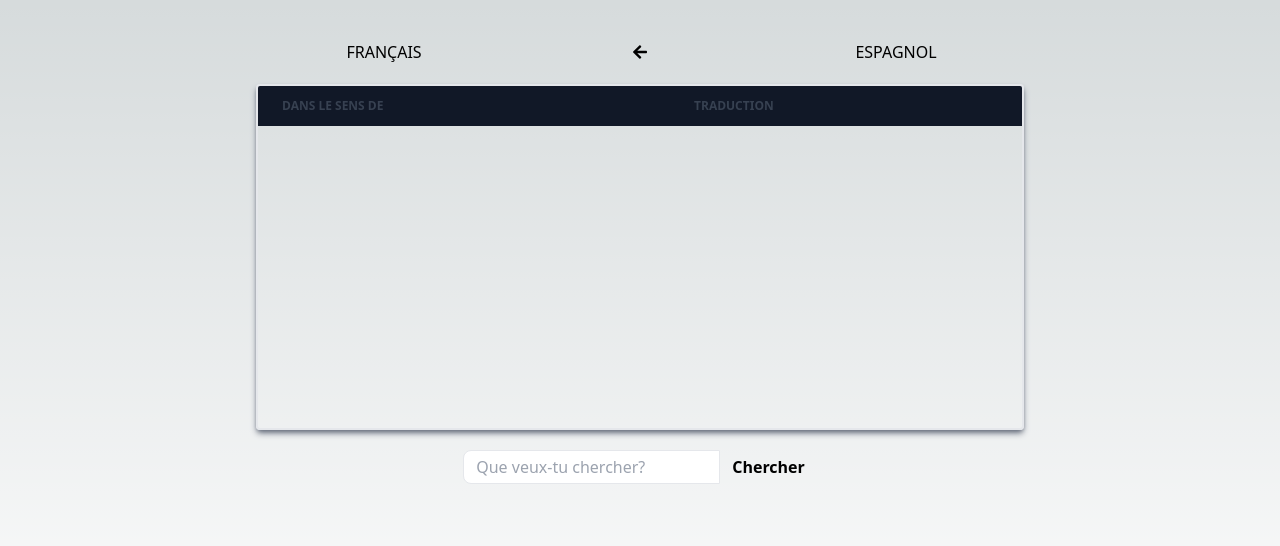
Repository: All-Khwarizmi/Dico
Page: /
An editor plug-in stored every save of this project. The page is shown before and after the next save, followed by the edit.
The browser window is 1280 px wide. The pictures show the whole page.
The project was rebuilt for these pictures with package versions that can differ from the ones it lists, and the page was loaded fresh each time. The framework's server and built-in components were replaced by stand-ins that run in the browser. Also part of the build but not shown: next.config.js, vite.config.ts.

Above is the page before, as saved 2023-02-17 18:39:55.

### src/app/page.tsx
'use client';
import Image from 'next/image';
import { Inter } from '@next/font/google';
import { FaArrowLeft } from 'react-icons/fa';
import { BsArrowRight } from 'react-icons/bs';
import { FaArrowRight } from 'react-icons/fa';
import EspModal from '@/components/EspModal';
import DicoModal from '@/components/DicoModal';

const inter = Inter({ subsets: ['latin'] });
import parse from 'html-react-parser';
import { useState } from 'react';
import Link from 'next/link';

type Trad = {
  source: string;
  target: string;
};
type Translations = Array<Trad>;
interface TranslationsFetch {
  translations: Array<Trad>;
}
export default function Home() {
  const [word, setWord] = useState<string>('');
  const [isFr, setIsFR] = useState<Boolean>(false);
  const [translations, setTranslations] = useState<Translations>([]);

  const submitWord = (e: React.FormEvent<HTMLFormElement>) => {
    e.preventDefault();
    let check = word.split(' ').length;
    console.log('Submitting', check);
    if (check > 1) {
      return window.alert('1 mot à la fois');
    }
    if (isFr) return fetchDico(word).catch((err) => console.log(err));
    fetchDicoEsp(word).catch((err) => console.log(err));
  };

  const inputWord = (e: React.ChangeEvent<HTMLInputElement>) => {
    return setWord(e.target.value);
  };

  const fetchDico = async (word: string): Promise<void> => {
    console.log('Fetching..');
    const url = 'https://dico-ochre.vercel.app/api/dico';
    const options: RequestInit = {
      method: 'POST',
      headers: {
        'Content-Type': 'text/plain;charset=UTF-8',
      },
      body: JSON.stringify(word),
    };
    const res = await fetch(url, options);
    // eslint-disable-next-line @typescript-eslint/no-unsafe-assignment
    const data = await res.json();
    console.log('Data: ', data);
    // eslint-disable-next-line @typescript-eslint/no-unsafe-assignment
    const { translations }: TranslationsFetch = data;
    setTranslations(translations);
    setWord('');
  };
  const fetchDicoEsp = async (word: string): Promise<void> => {
    console.log('Fetching..');
    const url = 'https://dico-ochre.vercel.app/api/esp';
    const options: RequestInit = {
      method: 'POST',
      headers: {
        'Content-Type': 'text/plain;charset=UTF-8',
      },
      body: JSON.stringify(word),
    };
    const res = await fetch(url, options);
    // eslint-disable-next-line @typescript-eslint/no-unsafe-assignment
    const data = await res.json();
    console.log('Data: ', data);
    // eslint-disable-next-line @typescript-eslint/no-unsafe-assignment
    const { translations }: TranslationsFetch = data;
    setTranslations(translations);
    setWord('');
  };
  return (
    <main className='h-screen w-screen'>
      <div className='grid place-items-center pt-5 '>
        {isFr ? (
          <div className='grid w-[60%] grid-cols-3  place-items-center  '>
            <button onClick={() => setIsFR(!isFr)}>
              <h1 className='py-5 text-center uppercase text-1xl'>Français</h1>
            </button>
            <button onClick={() => setIsFR(!isFr)}>
              <FaArrowRight />
            </button>
            <button onClick={() => setIsFR(!isFr)}>
              <h1 className='py-5 text-center uppercase text-1xl'>Espagnol</h1>
            </button>
          </div>
        ) : (
          <div className='grid w-[60%] grid-cols-3  place-items-center  '>
            <button onClick={() => setIsFR(!isFr)}>
              <h1 className='py-5 text-center uppercase text-1xl'>Français</h1>
            </button>
            <button onClick={() => setIsFR(!isFr)}>
              <FaArrowLeft />
            </button>
            <button onClick={() => setIsFR(!isFr)}>
              <h1 className='py-5 text-center uppercase text-1xl'>Espagnol</h1>
            </button>
          </div>
        )}
      </div>
      <div className='flex h-[80%] flex-col  items-center gap-5'>
        <div className=' h-[60%] max-h-[80%] w-[60%] overflow-scroll rounded border-2 border-solid dark:border-gray-600 shadow-md shadow-gray-500 '>
          <div className='text-black '>
            <div className=''>
              <table className='  relative w-full text-left text-sm text-gray-500 dark:text-gray-400'>
                <thead className='  sticky top-0 bg-gray-900 text-xs uppercase text-gray-700 '>
                  <tr>
                    <th scope='col' className='px-6 dark:text-white py-3 '>
                      Dans le sens de
                    </th>
                    <th scope='col' className='px-6 dark:text-white py-3 '>
                      Traduction
                    </th>
                  </tr>
                </thead>
                <tbody className='bg-gray-800'>
                  {translations?.map((trad: Trad, index) => {
                    return (
                      <tr
                        className='border-b bg-white dark:border-gray-700 dark:bg-gray-800'
                        key={index}
                      >
                        <td className='px-6 py-4'> {parse(trad?.source)}</td>
                        <th
                          scope='row'
                          className='whitespace-nowrap px-6 py-4 font-medium text-gray-900 dark:text-white'
                        >
                          {parse(trad?.target)}
                        </th>
                      </tr>
                    );
                  })}
                </tbody>
              </table>
            </div>
          </div>
        </div>
        <form className='text-black' onSubmit={(e) => submitWord(e)}>
          <input
            onChange={(event) => inputWord(event)}
            value={word}
            placeholder='Que veux-tu chercher?'
            className='rounded-lg border dark:text-white border-1 dark:bg-gray-700 rounded-r-none px-3 py-1'
            type='text'
            name='word'
            id='word'
          />
          <button
            className='rounded-lg rounded-l-none bg-gray- dark:bg-gray-400 dark:text-white font-bold dark:bg-purple-900 px-3 py-1 dark:py-1.5'
            type='submit'
          >
            Chercher
          </button>
        </form>
      </div>
    </main>
  );
}

Loaded but not shown: src/app/layout.tsx (common file); src/app/globals.css (common file); tailwind.config.js (common file)

After the next save:
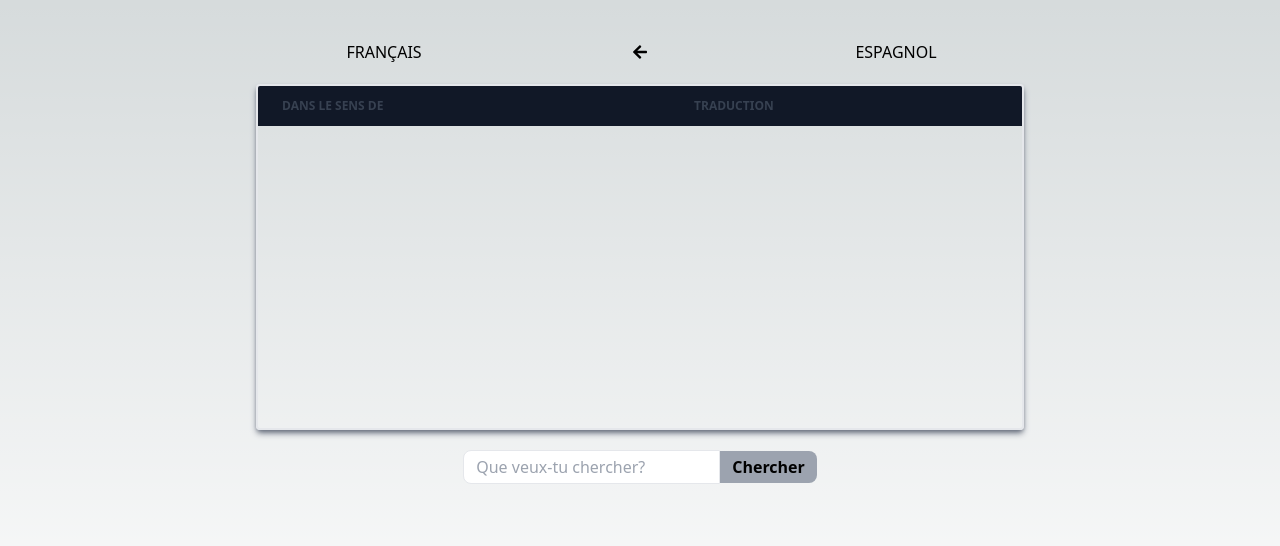
Saved 8 s later.
--- a/src/app/page.tsx
+++ b/src/app/page.tsx
@@ -155,7 +155,7 @@ export default function Home() {
             id='word'
           />
           <button
-            className='rounded-lg rounded-l-none bg-gray- dark:bg-gray-400 dark:text-white font-bold dark:bg-purple-900 px-3 py-1 dark:py-1.5'
+            className='rounded-lg rounded-l-none bg-gray-400 dark:bg-gray-400 dark:text-white font-bold dark:bg-purple-900 px-3 py-1 dark:py-1.5'
             type='submit'
           >
             Chercher
